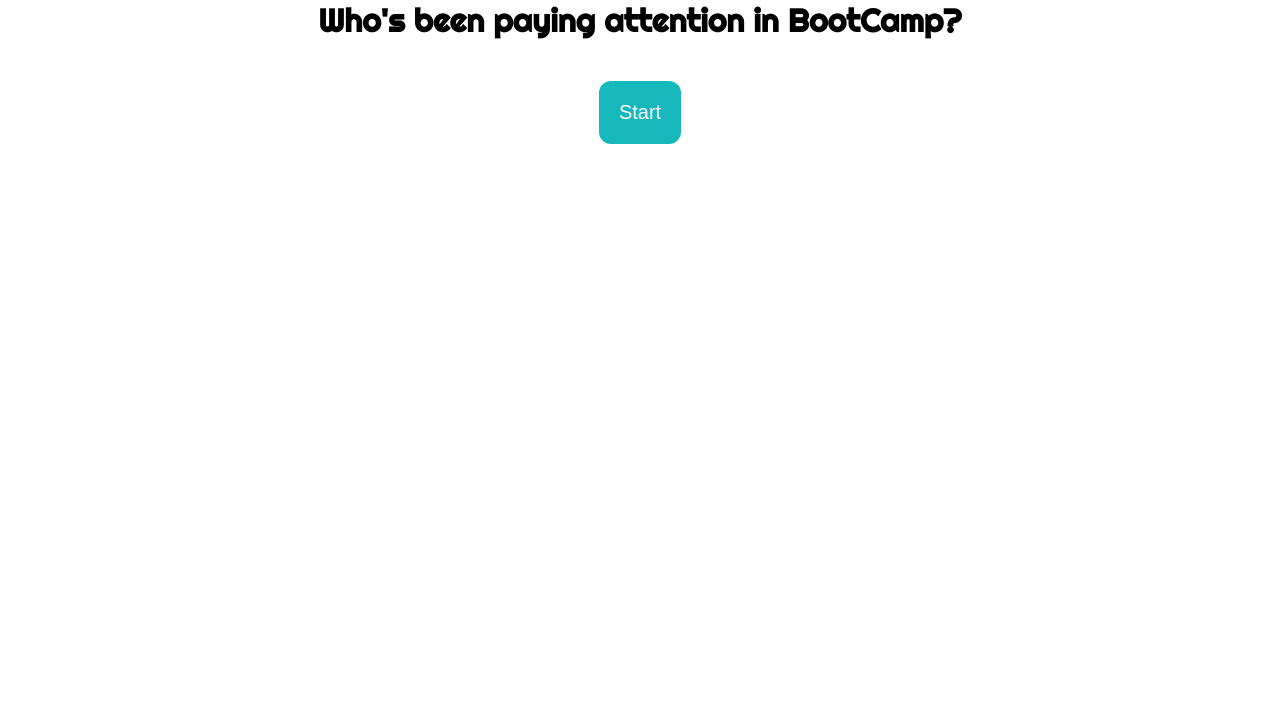
Repository: kkyler24/Quizlet
Page: Quiz.html
An editor plug-in stored every save of this project. The page is shown before and after the next save, followed by the edit.
The browser window is 1280 px wide. The pictures show the whole page.
Some web libraries are served in a nearby version.

Above is the page before, as saved 2020-03-16 01:27:39.

After the next save:
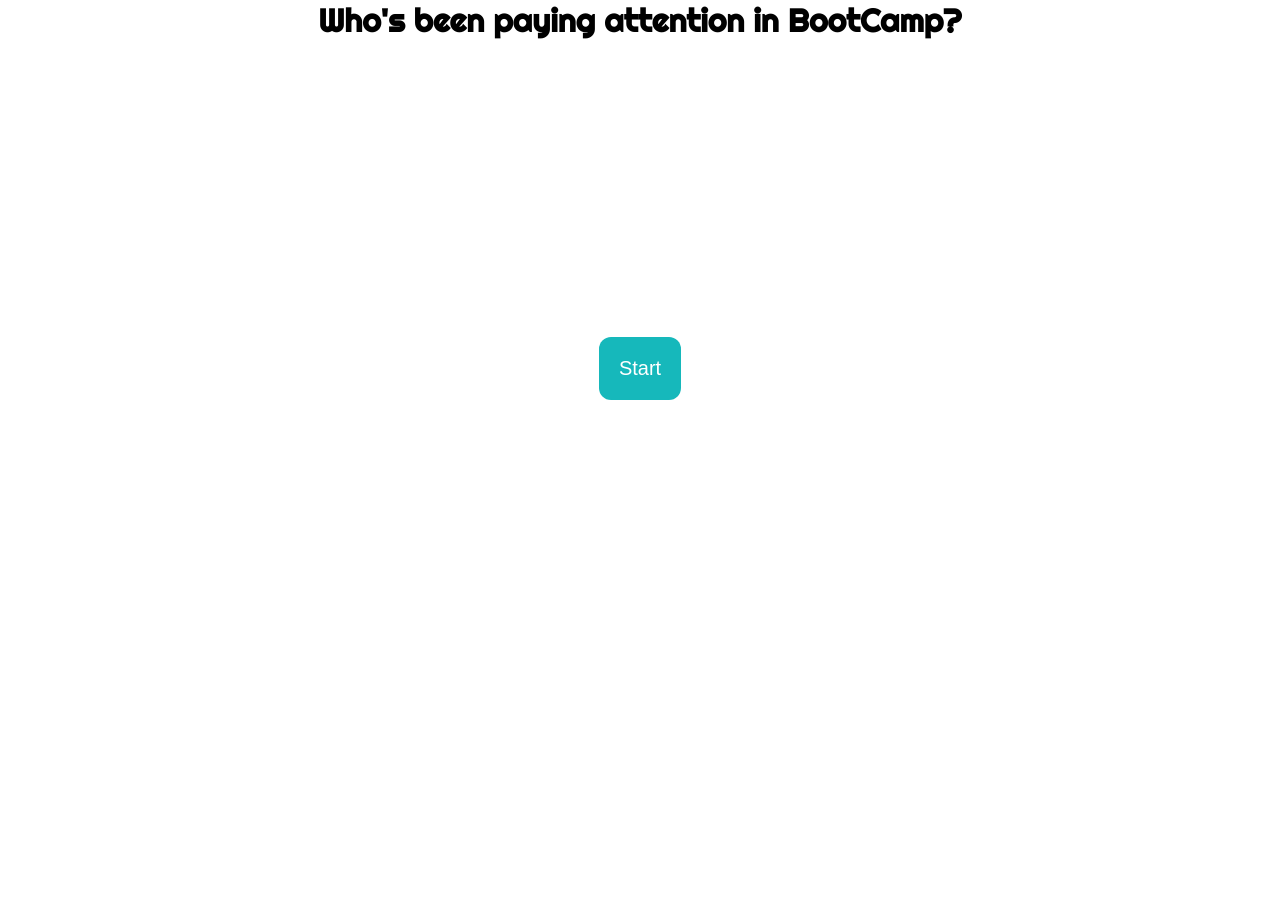
Saved 35 s later.
--- a/DevOpsFiles/Style.css
+++ b/DevOpsFiles/Style.css
@@ -6,7 +6,7 @@ body{
 
 .flex-container {
     display: flex;
-    margin-top: auto;
+    margin-top: 20%;
     justify-content: center;
     align-items: center;
     flex-direction: column;
